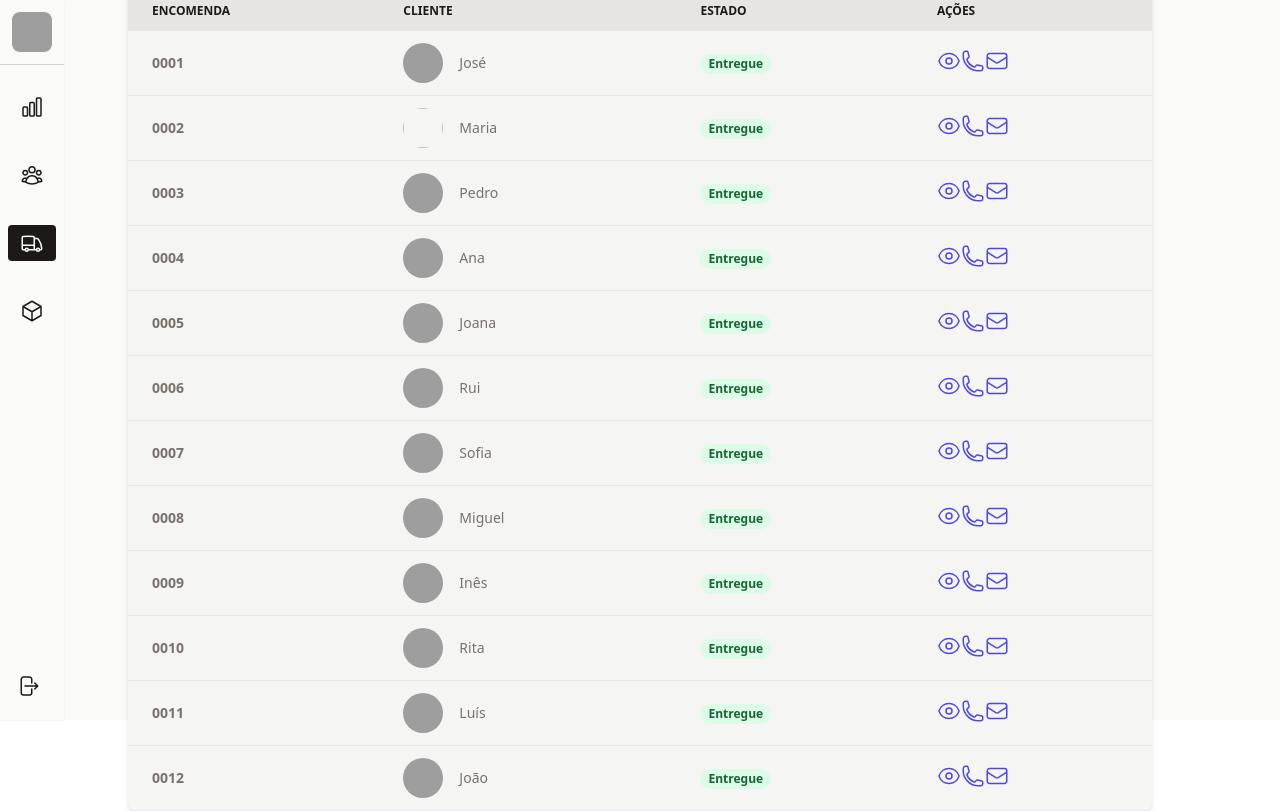
Repository: XavierOtavio/Cuzinhas
Page: /dashboard/orders
An editor plug-in stored every save of this project. The page is shown before and after the next save, followed by the edit.
The browser window is 1280 px wide. The pictures show the whole page.
Pictures or frames that could not be fetched are drawn as grey boxes. The project was rebuilt for these pictures with package versions that can differ from the ones it lists, and the page was loaded fresh each time. Also part of the build but not shown: src/components/Logotipo.js, src/components/Header.js, src/components/Dashboard.js, src/components/Login.js, src/components/Register.js, src/components/Home.js, src/components/LayoutFront.js.

Above is the page before, as saved 2023-03-08 15:40:26.

After the next save:
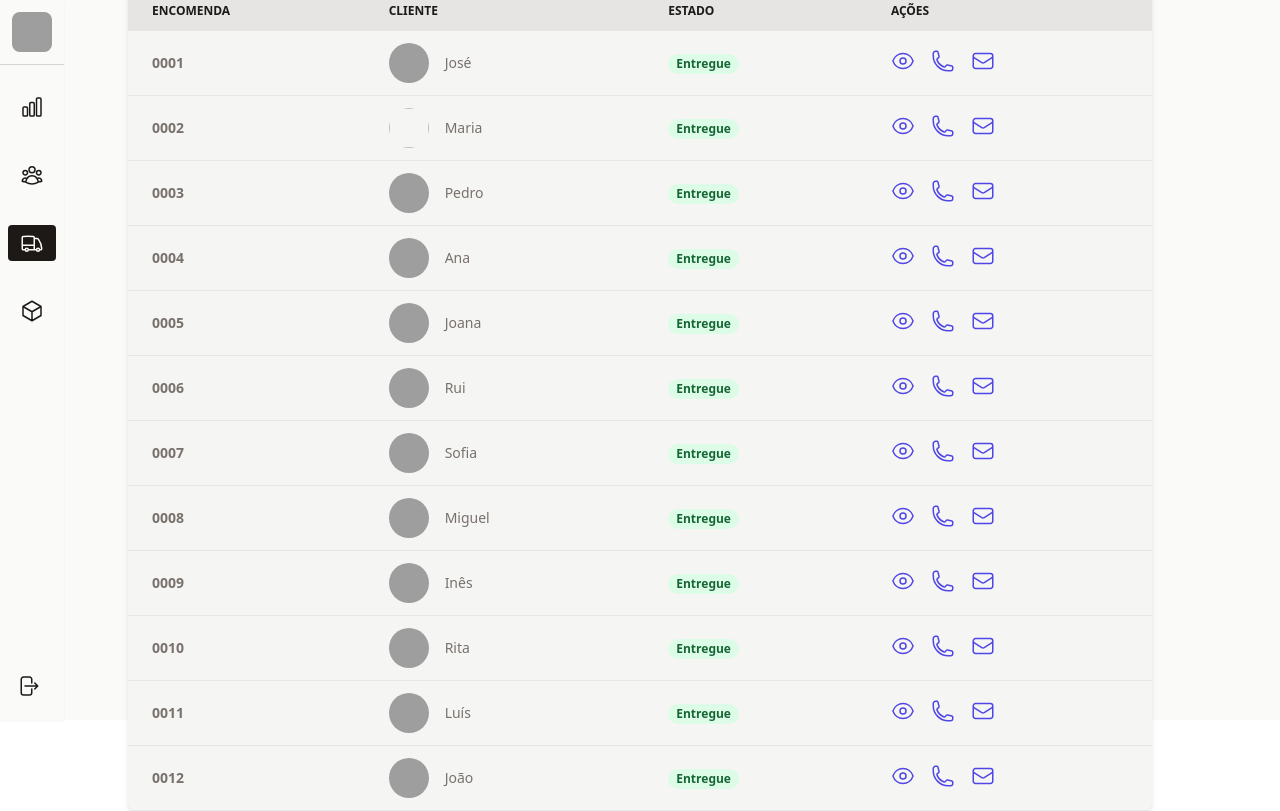
Saved 12 s later.
--- a/src/components/Orders.js
+++ b/src/components/Orders.js
@@ -199,7 +199,7 @@ export default function Orders() {
                 </span>
               </td>
               <td className="px-6 py-3">
-                <div className="inline-grid grid-cols-3">
+                <div className="inline-grid grid-cols-3 gap-4">
                   <EyeIcon className="text-indigo-600 hover:text-indigo-900 cursor-pointer w-6" />
                   <a href={`tel:${order.phone}`}>
                     <PhoneIcon className="text-indigo-600 hover:text-indigo-900 cursor-pointer w-6" />
